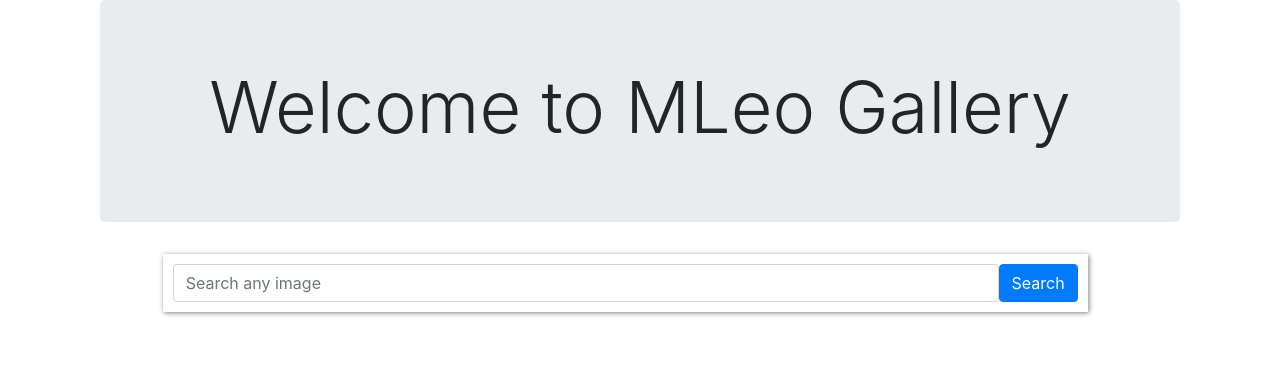
Repository: the-manohar/gallery
Page: /
These files come from the project's save history. The page is drawn as it stood at one moment and after the next save; the edit follows.
The browser window is 1280 px wide. The pictures show the whole page.
The project was rebuilt for these pictures with package versions that can differ from the ones it lists, and the page was loaded fresh each time.

Above is the page before, as saved 2020-06-18 23:56:14.

### src/index.js
import React from "react";
import ReactDOM from "react-dom";
import "./index.css";
import "bootstrap/dist/css/bootstrap.css";
import App from "./App";
import * as serviceWorker from "./serviceWorker";

ReactDOM.render(
  <React.StrictMode>
    <App />
  </React.StrictMode>,
  document.getElementById("root")
);

// If you want your app to work offline and load faster, you can change
// unregister() to register() below. Note this comes with some pitfalls.
// Learn more about service workers: https://bit.ly/CRA-PWA
serviceWorker.unregister();

### src/App.js
import React, { useState } from "react";
import { Button, InputGroup, Input, Jumbotron, Spinner } from "reactstrap";

import "./App.css";

function App() {
  const [value, setValue] = useState("");
  const [result, setResult] = useState([]);
  const fetchImages = () => {
    fetch(
      `https://api.unsplash.com/search/photos/?client_id=V38aA4zOjg1Xb1lBpNRUAK8duXvqwhDHHJbssXB_Pps&query=${value}&orientation=squarish&per_page=18`
    )
      .then((res) => res.json())
      .then((data) => {
        setResult(data.results);
      });
  };
  return (
    <div className="container App">
      <div className="col-md-12 col-sm-10 col-xs-12">
        <Jumbotron>
          <h1 className="display-3">Welcome to MLeo Gallery</h1>
        </Jumbotron>
      </div>
      <div className="mydiv col-sm-12 col-md-10 col-xs-3 ">
        <InputGroup>
          <Input
            placeholder="Search any image"
            value={value}
            onChange={(event) => setValue(event.target.value)}
          />
        </InputGroup>
        <Button color="primary" onClick={() => fetchImages()}>
          Search
        </Button>
      </div>
    </div>
  );
}

export default App;

//

### src/App.css
.App {
  text-align: center;
}
.mydiv {
  display: flex;
  justify-content: space-around;
  margin: 10px 7%;
  box-shadow: 1px 1px 5px grey;
  padding: 10px;
}
.gallery {
  display: flex;
  flex-wrap: wrap;
  justify-content: space-around;
}
.item {
  width: 30%;
  margin: 5px;
}

Loaded but not shown: public/index.html (common file); src/index.css (common file); src/serviceWorker.js (common file)

After the next save:
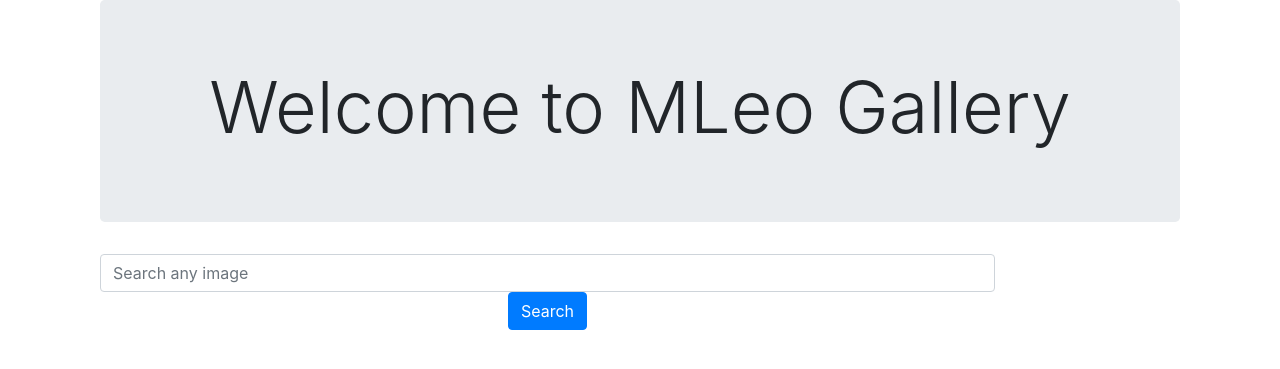
Saved 27 s later.
--- a/src/App.js
+++ b/src/App.js
@@ -22,7 +22,7 @@ function App() {
           <h1 className="display-3">Welcome to MLeo Gallery</h1>
         </Jumbotron>
       </div>
-      <div className="mydiv col-sm-12 col-md-10 col-xs-3 ">
+      <div className="col-sm-12 col-md-10 col-xs-3 ">
         <InputGroup>
           <Input
             placeholder="Search any image"
